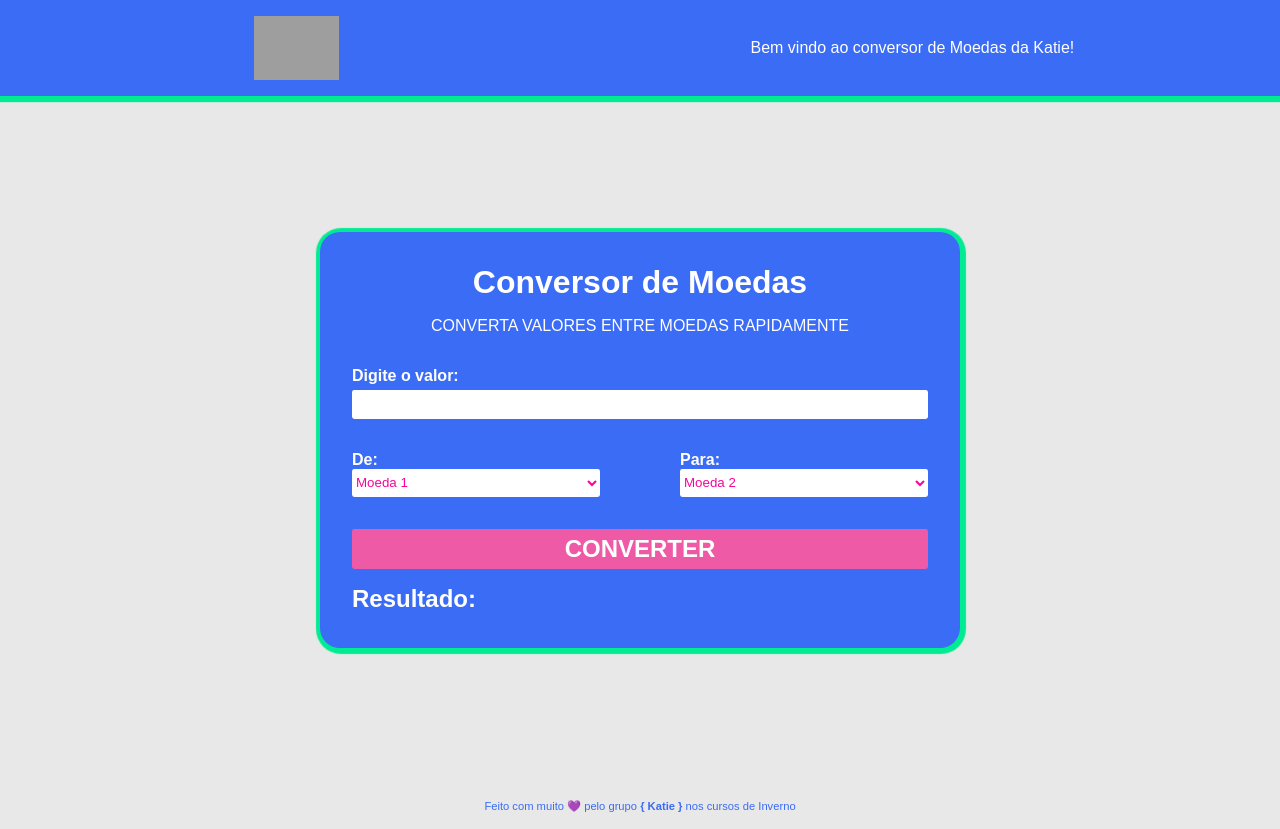
Repository: willamesalmeida/Conversor-de-Moedas
Page: index.html
An editor plug-in stored every save of this project. The page is shown before and after the next save, followed by the edit.
The browser window is 1280 px wide. The pictures show the whole page.
Pictures or frames that could not be fetched are drawn as grey boxes.

Above is the page before, as saved 2022-08-07 15:21:55.

### index.html
<!DOCTYPE html>
<html lang="pt-br">
<head>
    <meta charset="UTF-8" />
    <meta name="viewport" content="width=device-width, initial-scale=1.0">
    <link rel="stylesheet" href="./global.css">
    <link rel="stylesheet" href="./styles.css">
    <title>Conversor de moedas KATIE</title>
</head>
<body>
    <script src="script.js"></script>

    <header class="cabecalho">
        <img class="gif-katie" src="https://ic.ufal.br/extensao/katie/resources/logoanim.gif"/>
        <p class="saudacao">Bem vindo ao conversor de Moedas da Katie!</p>
    </header>
    <main class="container">
        <section class="card">
            <header>
                <h2 class="titulo">Conversor de Moedas</h2>
                CONVERTA VALORES ENTRE MOEDAS RAPIDAMENTE
            </header>

            <section class="valor">
                <label>Digite o valor:</label>
                <input type="number" id="valor_inicial">
            </section>

            <section class="conversao">
                <div  class="converter-de">
                    <label>De:</label>
                    <select name="moedasde" id="moedasde">
                        <option value="de">Moeda 1</option>
                        <option value="USD">Dolar</option>
                        <option value="BRL">Real</option>
                        <option value="EUR">Euro</option>
                      </select>
                </div>

                <div class="converter-para">
                    <label>Para:</label>
                    <select name="moedaspara" id="moedaspara">
                        <option value="para">Moeda 2</option>
                        <option value="USD">Dolar</option>
                        <option value="BRL">Real</option>
                        <option value="EUR">Euro</option>
                      </select>
                </div>

            </section>
            <button type="submit" onclick="Converter()">CONVERTER</button>
            <h1>Resultado:</h1>
            <span id="resultado" class="resultado"></span>

        </section>

    </main>

    <footer>
        Feito com muito &#128156 pelo grupo <strong>{ Katie }</strong> nos cursos de Inverno
    </footer>


</body>
</html>

### global.css
@import url('https://fonts.googleapis.com/css2?family=Roboto+Flex:opsz,wght@8..144,400;8..144,500&family=Roboto:ital,wght@0,100;0,300;0,400;0,500;0,700;0,900;1,100;1,300;1,400;1,500;1,700;1,900&display=swap');
:root {
  --rosa-katie: #f8049c;
  --amarelo-katie: #fdd54f;
  --cinza-katie: #1f1f24;
  --rosa-claro: #EF5AA7;
  --branco:  #ffffff;
  --blue: #3A6CF5;
  --gray:#E8E8E8;
  --grey2: #EBEBF3;
  --red:#FF0000;
  --greendark:#007560;
  --greenlight:#27EDC4;
  --greenciano:#51EFD0;
  --azul:#006CF9;
  --greengreen:#00EB92;
}

* {
  margin: 0;
  padding: 0;
  box-sizing: border-box;
}

body {
  font-family: 'Roboto ', sans-serif;
  font-family: 'Roboto Flex ', sans-serif;
  color: #ffffff;
  background-color: var(--gray);

}

### styles.css
.cabecalho {
  background: var(--blue);
  padding: 1rem 0;
}
input, select{
  outline: none;
}

.gif-katie {
  margin-left: 3rem;
  height: 4rem;
}
.cabecalho{
  display: flex;
  align-items: center;
  justify-content: space-around;
  box-shadow: 1px 1px 1px 5px var(--greengreen)
}

.saudacao {
  text-align: center;

}

.container {
  padding: 2.5rem 1rem;
}

.card {
  background: var(--blue);
  width: 40rem;
  height: 26rem;
  border-radius: 20px;
  padding: 2rem;
  margin: 6rem auto;
  box-shadow: 1px 1px 1px 5px var(--greengreen)
}

header h2 {

  font-size: 2rem;
}

.titulo {
  margin-bottom: 1rem;
}

.card header {
  text-align: center;
}

.valor {
  margin: 2rem 0;
  display: flex;
  flex-direction: column;
}

label {
  font-size: 1rem;
  font-weight: bold;
  margin-bottom: 0.3rem;
}

input,
select {
  border: none;
  border-radius: 0.15rem;
  height: 1.8rem;
  width: 100%;
  background: var(--branco);
  color: var(--rosa-katie)
}

input {
    padding: 0.8rem;
}

.conversao {
    width: 100%;
    margin: 2rem 0;
    display: flex;
    flex-direction: row;
  }

.converter-de,
.converter-para {
  width: 100%;
}

.converter-de {
  margin-right: 2.5rem;
}

.converter-para {
  margin-left: 2.5rem;
}

button {
  background: var(--rosa-claro);
  border: none;
  border-radius: 0.15rem;
  width: 100%;
  height: 2.5rem;
  cursor: pointer;
  color: var(--branco);
  font-weight: bold;
  font-size: 1.5rem;
  transition: 0.5s;
  margin-bottom: 1rem;
}

#resultado {
    font-weight: bold;
    color: var(--amarelo-katie);
    font-size: 1.5rem;
    text-align: center;
}

button:hover {
  filter: brightness(0.8);
}

footer {
    margin: 1rem 0;
    color: var(--blue);
    font-size: 0.70rem;
    text-align: center;
}

### script.js
function Converter() {
  let input = parseFloat(document.getElementById("valor_inicial").value);
  let output = document.getElementById("resultado");
  let de = document.getElementById("moedasde");
  let para = document.getElementById("moedaspara");

  console.log(de.value);

  //Reais
  if (de.value == "BRL" && para.value != "Moeda 2") {
    let valorEmReais = input;
    let valor;
    if (para.value == "BRL") {
      valor = "O valor em reais é: R$" + valorEmReais.toFixed(2);
    } else if (para.value == "EUR") {
      valor = "O valor em euros é: €" + (valorEmReais * 0.1885).toFixed(2);
    } else if (para.value == "USD") {
      valor = "O valor em dólar é: $" + (valorEmReais * 0.1917).toFixed(2);
    }
    output.innerHTML = valor;
  } else if (de.value == "EUR" && para.value != "Moeda 2") {
    let valorEmEuros = input;
    let valor;

    if (para.value == "EUR") {
      valor = "O valor em euros é: €" + valorEmEuros.toFixed(2);
    } else if (para.value == "USD") {
      valor = "O valor em dólar é: $" + (valorEmEuros * 1.0167).toFixed(2);
    } else if (para.value == "BRL") {
      valor = "O valor em reais é: R$" + (valorEmEuros * 5.303).toFixed(2);
    }
    output.innerHTML = valor;
  } else if (de.value == "USD" && para.value != "Moeda 2") {
    console.log("entrou no else is do dolar");
    let valorEmDolar = input;
    let valor;

    if (para.value == "USD") {
      valor = "O valor em dólar é: $" + valorEmDolar.toFixed(2);
    } else if (para.value == "BRL") {
      valor = "O valor em dólar é: R$" + (valorEmDolar * 5.2159).toFixed(2);
    } else if (para.value == "EUR") {
      valor = "O valor em dólar é: €" + (valorEmDolar * 0.9832).toFixed(2);
    }
    output.innerHTML = valor;
  } else {
    output.innerHTML = "";
  }
}

After the next save:
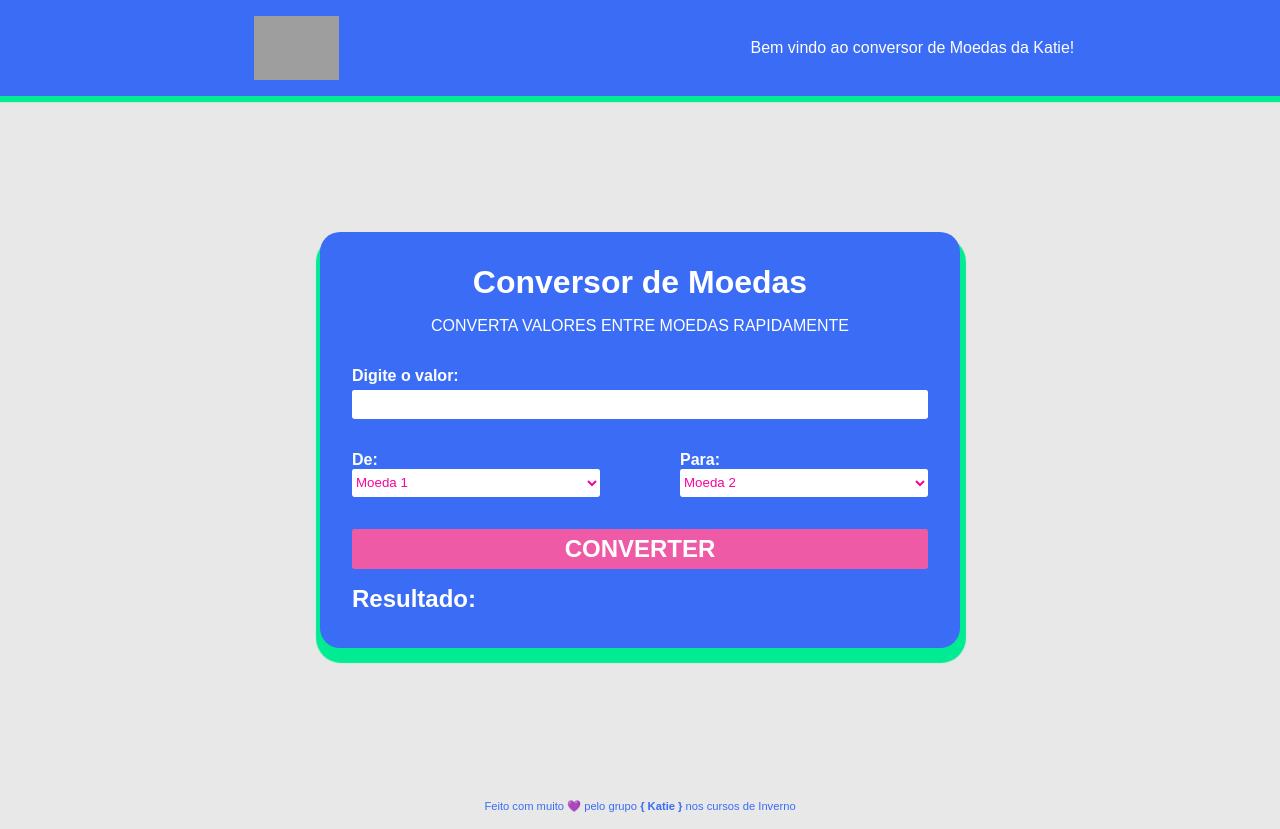
Saved 12 s later.
--- a/styles.css
+++ b/styles.css
@@ -33,7 +33,7 @@ input, select{
   border-radius: 20px;
   padding: 2rem;
   margin: 6rem auto;
-  box-shadow: 1px 1px 1px 5px var(--greengreen)
+  box-shadow: 1px 10px 1px 5px var(--greengreen)
 }
 
 header h2 {
